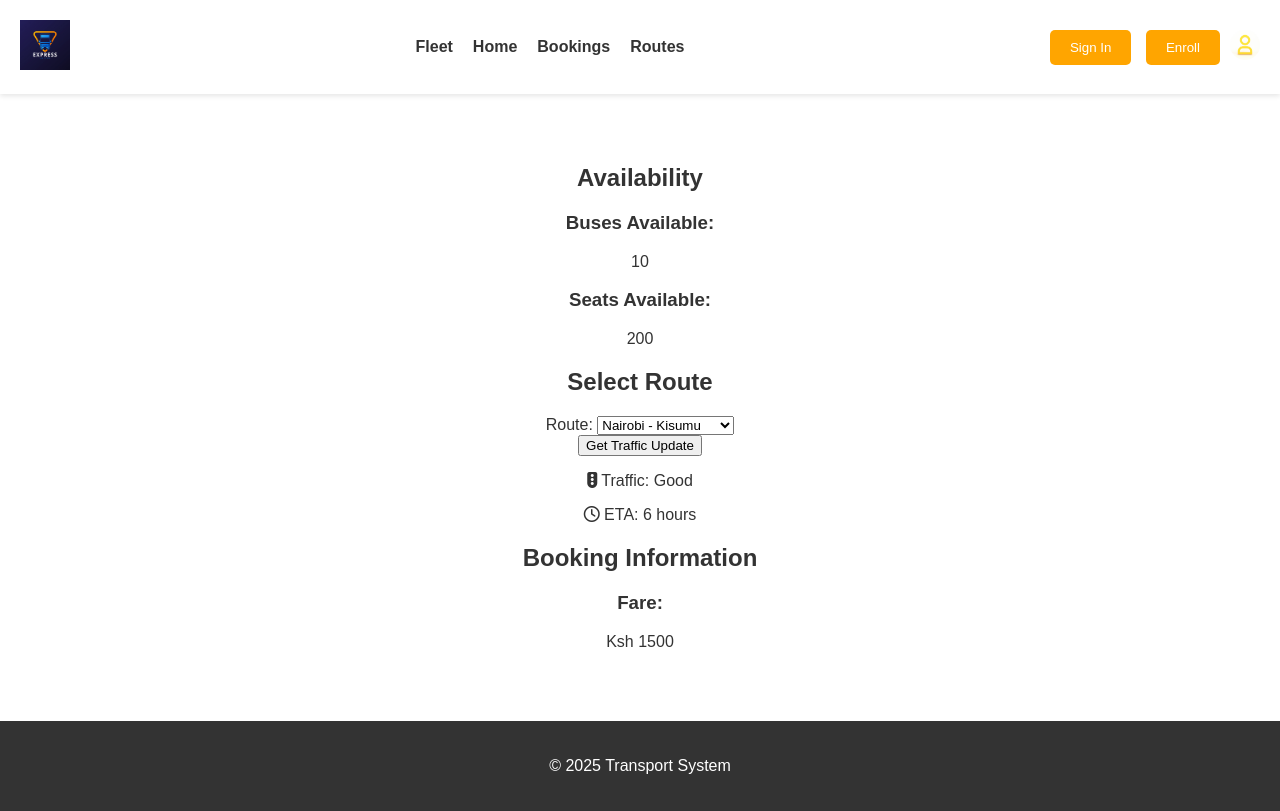
Repository: Ndegwa2/Smart-Transport-System
Page: client/booking.html
These files come from the project's save history. The page is drawn as it stood at one moment and after the next save; the edit follows.
The browser window is 1280 px wide. The pictures show the whole page.

Above is the page before, as saved 2025-04-01 21:15:25.
Console error: TypeError: Cannot set properties of null (setting 'innerHTML')

### client/booking.html
<!DOCTYPE html>
<html lang="en">
<head>
    <meta charset="UTF-8">
    <meta name="viewport" content="width=device-width, initial-scale=1.0">
    <title>Booking</title>
        <link rel="stylesheet" href="styles.css">
        <link rel="stylesheet" href="https://cdnjs.cloudflare.com/ajax/libs/font-awesome/6.0.0/css/all.min.css" integrity="sha512-9usAa10IRO0HhonpyAIVpjrylPvoDwiPUiKdWk5t3PyolY1cOd4DSE0Ga+ri4AuTroPR5aQvXU9xC6qOPnzFeg==" crossorigin="anonymous" referrerpolicy="no-referrer" />
</head>
<body class="booking-page">
    <header>
        <div class="logo">
            <img src="10550142.jpg" alt="Sacco Logo">
        </div>
        <nav>
            <ul>
                <li><a href="#">Fleet</a></li>
                <li><a href="landing page.html">Home</a></li>
                <li><a href="booking.html">Bookings</a></li>
                <li><a href="routes.html">Routes</a></li>
            </ul>
        </nav>
        <div class="account">
            <div class="sign-in-out">
                <button id="sign-in-button">Sign In</button>
                <button id="enroll-button">Enroll</button>
            </div>
            <div class="account-icon">
                <img src="user-front-side-with-white-background.jpg" alt="Account">
            </div>

            <div id="login-form" style="display:none;">
                <h2>Login Form</h2>
                <label for="login-email">Email:</label><br>
                <input type="email" id="login-email" name="login-email"><br><br>

                <label for="login-password">Password:</label><br>
                <input type="password" id="login-password" name="login-password"><br><br>

                <button id="login-button">Login</button>
            </div>

            <div id="registration-form" style="display:none;">
                <h2>Registration Form</h2>
                <label for="reg-name">Name:</label><br>
                <input type="text" id="reg-name" name="reg-name"><br><br>

                <label for="reg-email">Email:</label><br>
                <input type="email" id="reg-email" name="reg-email"><br><br>

                <label for="reg-password">Password:</label><br>
                <input type="password" id="reg-password" name="reg-password"><br><br>

                <button id="register-button">Register</button>
            </div>
        </div>
    </header>
    <main>
        <section id="availability">
            <h2>Availability</h2>
            <div>
                <h3>Buses Available:</h3>
                <p id="buses-available">10</p>
            </div>
            <div>
                <h3>Seats Available:</h3>
                <p id="seats-available">200</p>
            </div>
        </section>
        <section id="route-selection">
            <h2>Select Route</h2>
            <form id="route-form">
                <div>
                    <label for="route">Route:</label>
                    <select id="route" name="route">
                        <option value="Nairobi-Kisumu">Nairobi - Kisumu</option>
                        <option value="Nairobi-Mombasa">Nairobi - Mombasa</option>
                        <option value="Kisumu-Mombasa">Kisumu - Mombasa</option>
                    </select>
                </div>
                <button type="submit">Get Traffic Update</button>
            </form>
            <div id="traffic-update">
                    <p><i class="fas fa-traffic-light"></i> Traffic: Good</p>
                    <p><i class="far fa-clock"></i> ETA: 6 hours</p>
                </div>
        </section>
        <section id="booking-info">
            <h2>Booking Information</h2>
            <div>
                <h3>Fare:</h3>
                <p id="fare">Ksh 1500</p>
            </div>
        </section>
    </main>
    <footer>
        <p>&copy; 2025 Transport System</p>
    </footer>
    <script src="script.js"></script>
</body>
</html>

### client/styles.css
body {
    font-family: sans-serif;
    margin: 0;
    padding: 0;
    background-color: #fff;
    color: #333;
}

header {
    background-color: #fff;
    padding: 20px;
    display: flex;
    justify-content: space-between;
    align-items: center;
    box-shadow: 0 2px 5px rgba(0, 0, 0, 0.1);
}

.logo img {
    height: 50px;
}

nav ul {
    list-style: none;
    margin: 0;
    padding: 0;
    display: flex;
}

nav li {
    margin-right: 20px;
}

nav a {
    text-decoration: none;
    color: #333;
    font-weight: bold;
    transition: color 0.3s ease;
}

nav a:hover {
    color: orange;
}

.account {
    display: flex;
    align-items: center;
}

.sign-in-out button {
    background-color: orange;
    color: #fff;
    border: none;
    padding: 10px 20px;
    margin-right: 10px;
    border-radius: 5px;
    cursor: pointer;
    transition: background-color 0.3s ease;
}

.sign-in-out button:hover {
    background-color: #d97706;
}

.account-icon img {
    height: 30px;
    border-radius: 50%;
}

main {
    padding: 50px;
    text-align: center;
}

.hero h1 {
    font-size: 3em;
    color: orange;
    margin-bottom: 20px;
}

.hero p {
    font-size: 1.2em;
    line-height: 1.5;
}

footer {
    background-color: #333;
    color: #fff;
    text-align: center;
    padding: 20px;
}

.mission-vision-contacts {
    display: flex;
    justify-content: space-around;
    margin-top: 20px;
}

.card {
    width: 30%;
    padding: 20px;
    border: 1px solid #ddd;
    border-radius: 10px;
    text-align: left;
    transition: transform 0.3s ease;
}

.card:hover {
    transform: translateY(-5px);
    box-shadow: 0 4px 8px rgba(0, 0, 0, 0.2);
}

.slideshow {
    margin-top: 15px;
}

.slideshow-container {
    display: flex;
    flex-wrap: wrap;
}

.slide {
    width: 30%;
    margin: 10px;
    border: 1px solid #ddd;
    border-radius: 5px;
    box-shadow: 0 2px 5px rgba(0, 0, 0, 0.1);
    flex-shrink: 0;
    transition: transform 0.5s ease-in-out;
}

.slide img {
    width: 100%;
    height: 100%;
    object-fit: cover;
}

.about-us {
    margin-top: 15px;
    text-align: justify;
    padding: 20px;
    border: 1px solid #ddd;
    border-radius: 5px;
    box-shadow: 0 2px 5px rgba(0, 0, 0, 0.1);
    width: 100%;
    box-sizing: border-box;
}

.routes {
    margin-top: 20px;
    text-align: left;
}

.routes ul {
    list-style: none;
    padding: 0;
}

.routes li {
    margin-bottom: 10px;
}

.route-list {
    display: flex;
    justify-content: space-around;
    list-style: none;
    padding: 0;
}

.route-list li {
    text-align: center;
}

.route-list img {
    width: 100%;
    height: 200px;
    object-fit: cover;
    border-radius: 5px;
    box-shadow: 0 2px 5px rgba(0, 0, 0, 0.3);
    transition: transform 0.3s ease;
}

.route-list img:hover {
    transform: scale(1.1);
}

.route-list span {
    display: block;
    margin-top: 5px;
    font-weight: bold;
}

.booking-page header {
    background-color: #fff;
    padding: 20px;
    display: flex;
    justify-content: space-between;
    align-items: center;
    box-shadow: 0 2px 5px rgba(0, 0, 0, 0.1);
}

.booking-page main {
    padding: 50px;
    text-align: center;
}

.booking-page section {
    margin-bottom: 20px;
}

.booking-page footer {
    background-color: #333;
    color: #fff;
    text-align: center;
    padding: 20px;
}

### client/script.js
const routesData = [
  {
  route: "Nairobi - Kisumu",
  time: "8:00 AM",
  availableBuses: 5,
  availableSeats: 20,
  occupiedSeats: 30
  },
  {
  route: "Nairobi - Mombasa",
  time: "9:00 AM",
  availableBuses: 3,
  availableSeats: 10,
  occupiedSeats: 40
  }
 ];

 function displayRoutes() {
  const routesSection = document.getElementById("routes");
  let routesHTML = "<ul>";
  routesData.forEach(route => {
  routesHTML += `<li>${route.route} - ${route.time} - Available Buses: ${route.availableBuses}</li>`;
  });
  routesHTML += "</ul>";
  routesSection.innerHTML = routesHTML;
 }

 function displayAnalytics() {
  if (isAdmin()) {
  const busAnalyticsSection = document.getElementById("bus-analytics");
  const seatAnalyticsSection = document.getElementById("seat-analytics");

  let totalAvailableBuses = 0;
  let totalAvailableSeats = 0;
  let totalOccupiedSeats = 0;

  routesData.forEach(route => {
  totalAvailableBuses += route.availableBuses;
  totalAvailableSeats += route.availableSeats;
  totalOccupiedSeats += route.occupiedSeats;
  });

  busAnalyticsSection.innerHTML = `<p>Total Available Buses: ${totalAvailableBuses}</p>`;
  seatAnalyticsSection.innerHTML = `<p>Total Available Seats: ${totalAvailableSeats}</p><p>Total Occupied Seats: ${totalOccupiedSeats}</p>`;
  } else {
  const analyticsSection = document.getElementById("analytics");
  analyticsSection.innerHTML = "<p>Analytics available to admins only.</p>";
  }
 }

 function isAdmin() {
  // Replace with actual authentication check
  return true;
 }

 displayRoutes();
 displayAnalytics();

After the next save:
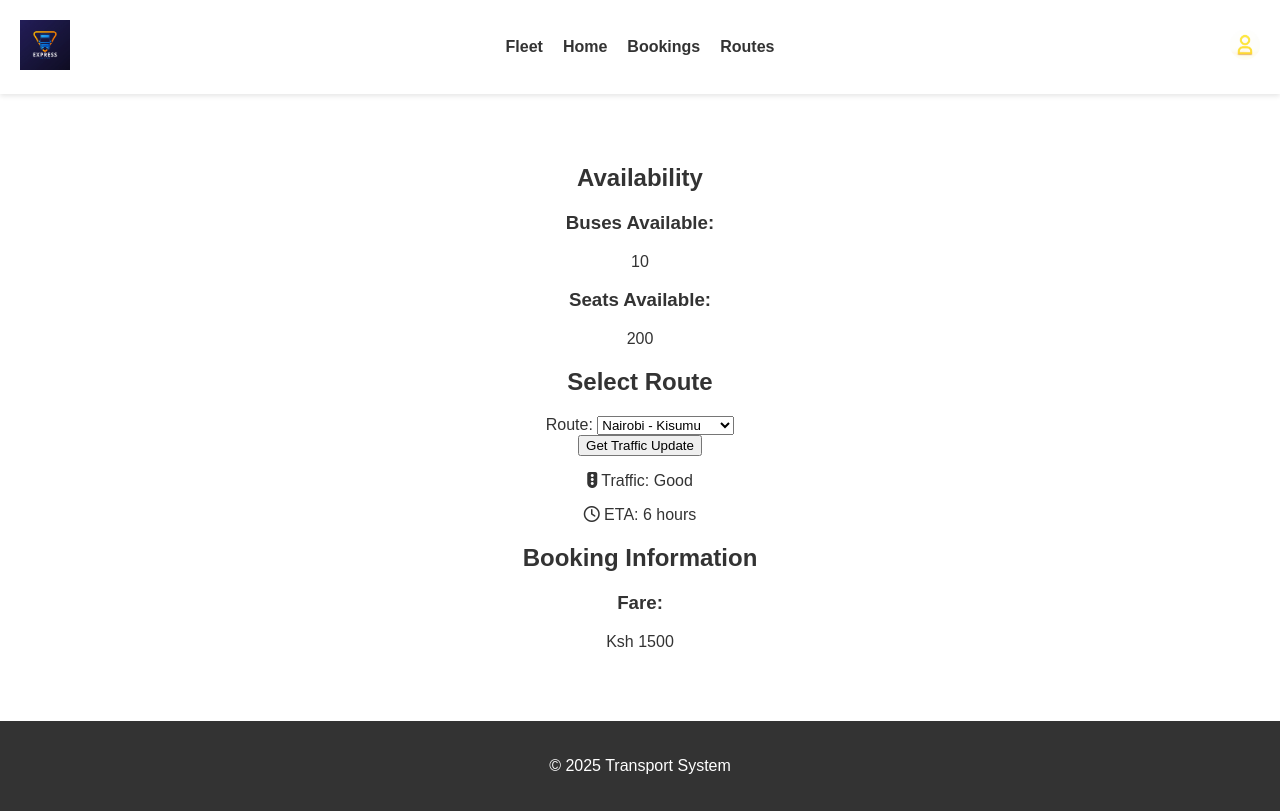
Saved 23 s later.
--- a/client/booking.html
+++ b/client/booking.html
@@ -22,8 +22,6 @@
         </nav>
         <div class="account">
             <div class="sign-in-out">
-                <button id="sign-in-button">Sign In</button>
-                <button id="enroll-button">Enroll</button>
             </div>
             <div class="account-icon">
                 <img src="user-front-side-with-white-background.jpg" alt="Account">
